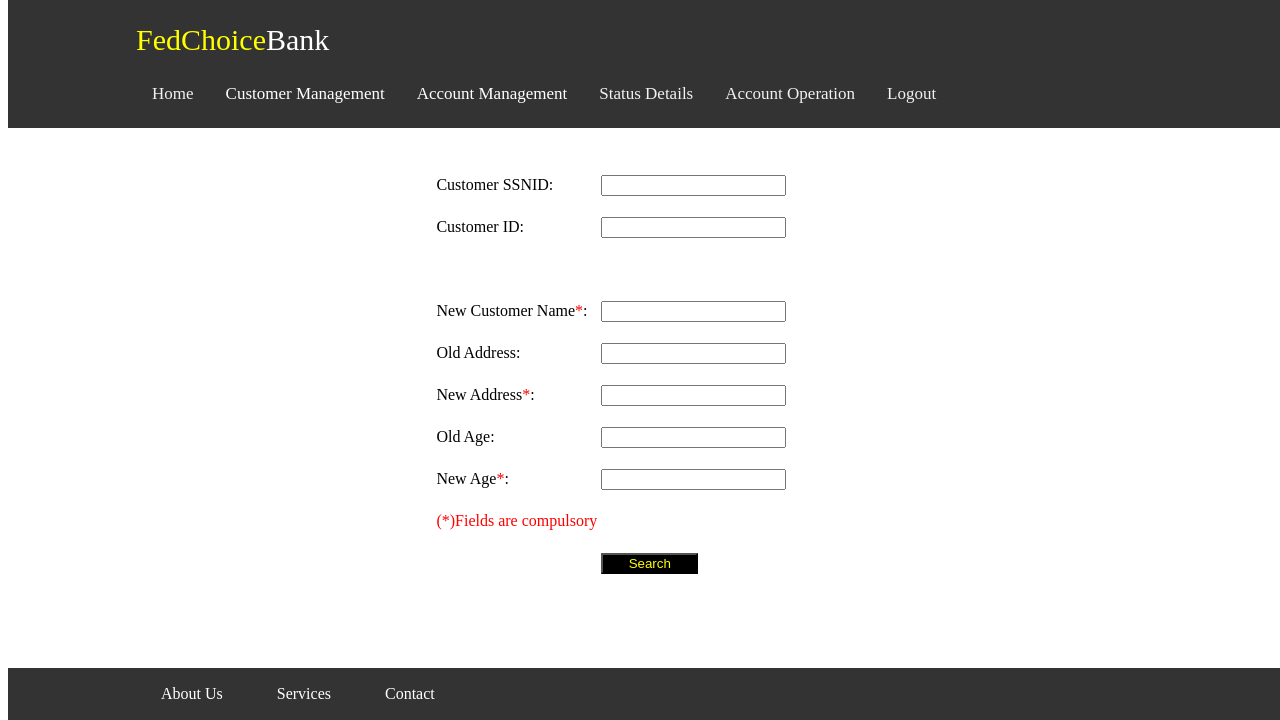
Repository: gopikavinod/RBM
Page: http://localhost/Retail_Bank_Management/updateCustomer.jsp
The author's editor kept a copy of each file at every save. The page is drawn from the files as they stood at one save, then again after the next save.
The browser window is 1280 px wide. The pictures show the whole page.
The page is served by Tomcat 9.

Above is the page before, as saved 2020-06-21 09:03:22.

After the next save:
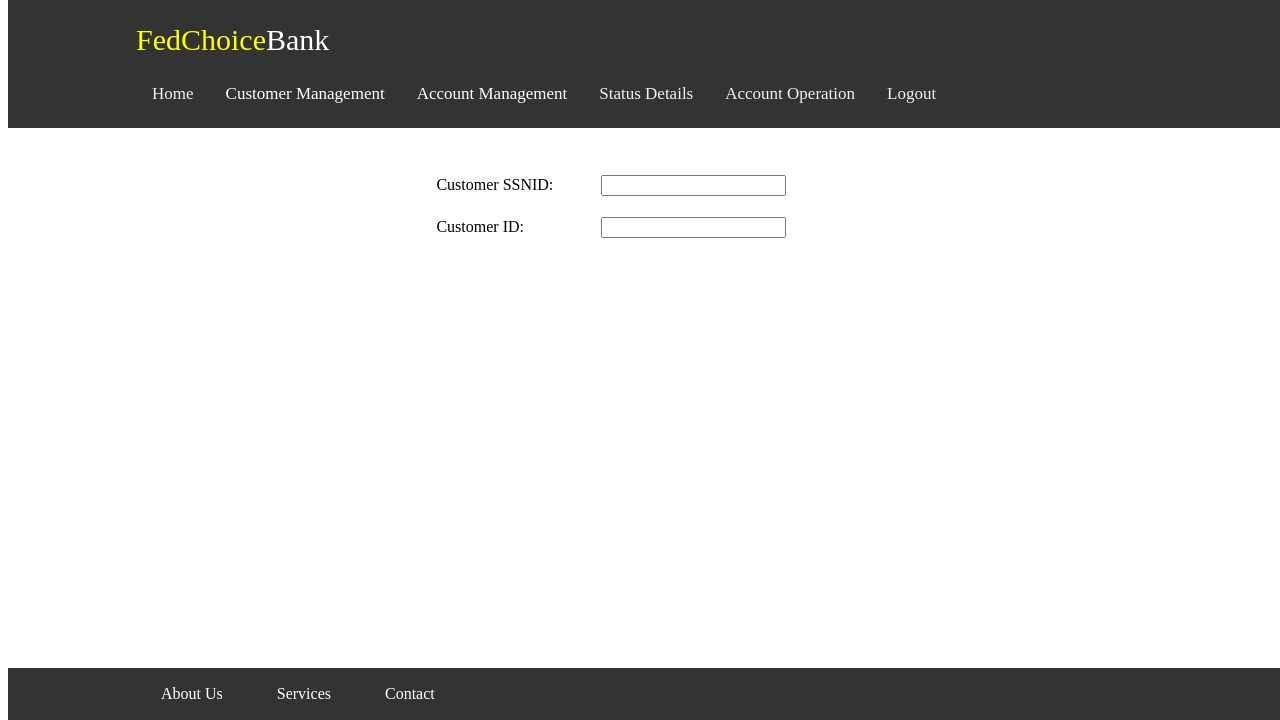
Saved 59 s later.
--- a/eclipse-workspace/Retail Bank Management/WebContent/updateCustomer.jsp
+++ b/eclipse-workspace/Retail Bank Management/WebContent/updateCustomer.jsp
@@ -185,32 +185,32 @@ CustomerBean updatecustomer = new CustomerBean();
 String name="";
 name=updatecustomer.getCustname();%>" readonly="readonly" > </td>
 </tr>
-<tr>
+<tr  style="visibility:hidden">
 <td>New Customer Name<span class="aestric">*</span>:</td>
 <td><input type="text" id="ncname" name="newcustname" value="" required="required" ></td>
 </tr>
-<tr>
+<tr  style="visibility:hidden">
 <td>Old Address:</td>
 <td> <input type="text" id="oaddress" name="customeroaddress" value=""  readonly="readonly"></td>
 </tr>
-<tr>
+<tr  style="visibility:hidden">
 <td>New Address<span class="aestric">*</span>:</td>
 <td> <input type="text" id="naddress" name="customernaddress" value="" required="required" ></td>
 </tr>
-<tr>
+<tr  style="visibility:hidden">
 <td>Old Age:</td>
 <td> <input type="text" id="oage" name="customeroage" value = "" readonly="readonly"></td>
 </tr>
-<tr>
+<tr  style="visibility:hidden">
 <td>New Age<span class="aestric">*</span>:</td>
 <td> <input type="text" id="nage" name="customernage" value="" required="required"></td>
 </tr>
-<tr >
+<tr   style="visibility:hidden">
 <td style="color: red;"> (*)Fields are compulsory</td>
 
 </tr>
 
-<tr colspan="2">
+<tr colspan="2"  style="visibility:hidden">
 <td></td>
 <td><input type="submit" value="Search" style="background-color: black;color: yellow ;width:97px"></td>
 </tr>
